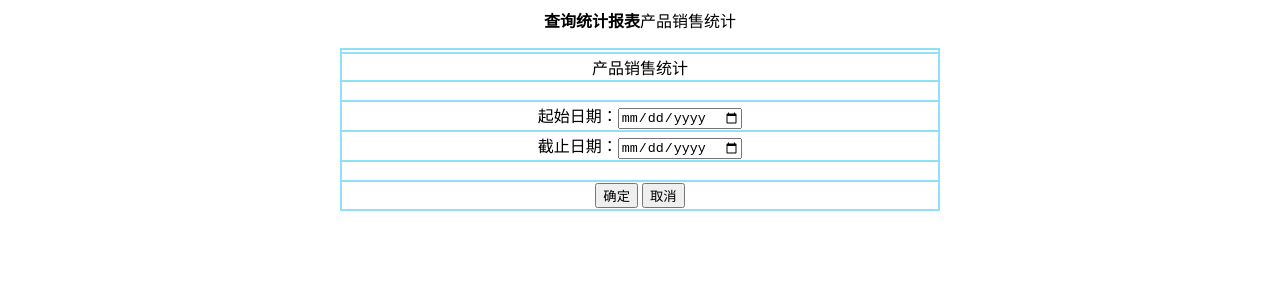
Repository: yuxingyan/OneCrewFlour
Page: http://localhost/Flour/inquiresale.jsp
The author's editor kept a copy of each file at every save. The page is drawn from the files as they stood at one save, then again after the next save.
The browser window is 1280 px wide. The pictures show the whole page.
The page is served by Tomcat 9. Nobody is signed in. The application's start-up code is not run. Other server files are loaded and not shown.

Above is the page before, as saved 2018-01-11 07:11:23.

### Flour/WebRoot/inquiresale.jsp
<%@ page language="java" import="java.util.*" pageEncoding="utf-8"%>
<%
String path = request.getContextPath();
String basePath = request.getScheme()+"://"+request.getServerName()+":"+request.getServerPort()+path+"/";
%>

<!DOCTYPE HTML PUBLIC "-//W3C//DTD HTML 4.01 Transitional//EN">
<html>
  <head>
    <base href="<%=basePath%>">

    <title>My JSP 'inquiresale.jsp' starting page</title>

	<meta http-equiv="pragma" content="no-cache">
	<meta http-equiv="cache-control" content="no-cache">
	<meta http-equiv="expires" content="0">
	<meta http-equiv="keywords" content="keyword1,keyword2,keyword3">
	<meta http-equiv="description" content="This is my page">
	<!--
	<link rel="stylesheet" type="text/css" href="styles.css">
	-->
	<script language="javascript" type="text/javascript">
 function Check(){

   var n1=document.getElementById("date1").value;
   var n2=document.getElementById("date2").value;

      var erroring="";

      if(n1==""||n1==null){
        erroring+="请输入起始日期!"+'\n';
  }
 if(n2==""||n2==null){
     erroring+="请输入截止日期!"+'\n';
  }

  if(erroring.length!=0){
  alert(erroring);
  return false;


  }else{

     document.form1.submit();

  }
}
</script>
  </head>

  <body>
    <center>
     <form  name="form1" id="form1" action="inquiresale" method="post">
    <p><b>查询统计报表</b>产品销售统计</p>
     <table border="1" width="600" cellspacing="0" bordercolor="#8EE1F6">
    <tr><td colspan="10" ></td></tr>
    <tr height="20px"><td align="center" colspan="4" >产品销售统计</td></tr>
    <tr height="20px"><td align="center" colspan="4" ></td></tr>
    <tr height="20px"><td align="center" colspan="4" >起始日期：<input type="date" name="startdate" id="date1" /></td>
    </tr>
    <tr height="20px"><td align="center" colspan="4" >截止日期：<input type="date" name="endstart" id="date2"/></td>
    </tr>
    <tr height="20px"><td align="center" colspan="4" ></td></tr>
    <tr><td align="center" colspan="10" >
      <input type="button" value="确定" onclick="Check();">
      <button type="button">取消</button>
    </td>
    </tr>
    </table>
    </form>
    </center>
  </body>
</html>

After the next save:
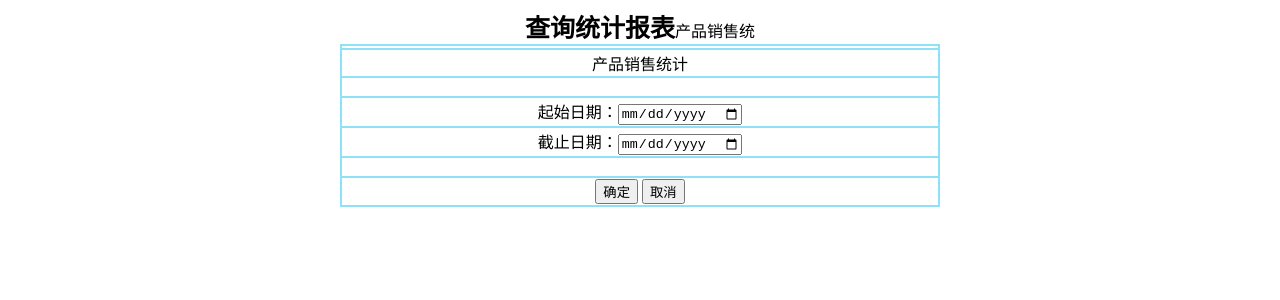
Saved 17 s later.
--- a/Flour/WebRoot/inquiresale.jsp
+++ b/Flour/WebRoot/inquiresale.jsp
@@ -51,7 +51,7 @@ String basePath = request.getScheme()+"://"+request.getServerName()+":"+request.
   <body>
     <center>
      <form  name="form1" id="form1" action="inquiresale" method="post">
-    <p><b>查询统计报表</b>产品销售统计</p>
+    <strong style="font-size:25px">查询统计报表</strong>产品销售统
      <table border="1" width="600" cellspacing="0" bordercolor="#8EE1F6">
     <tr><td colspan="10" ></td></tr>
     <tr height="20px"><td align="center" colspan="4" >产品销售统计</td></tr>
